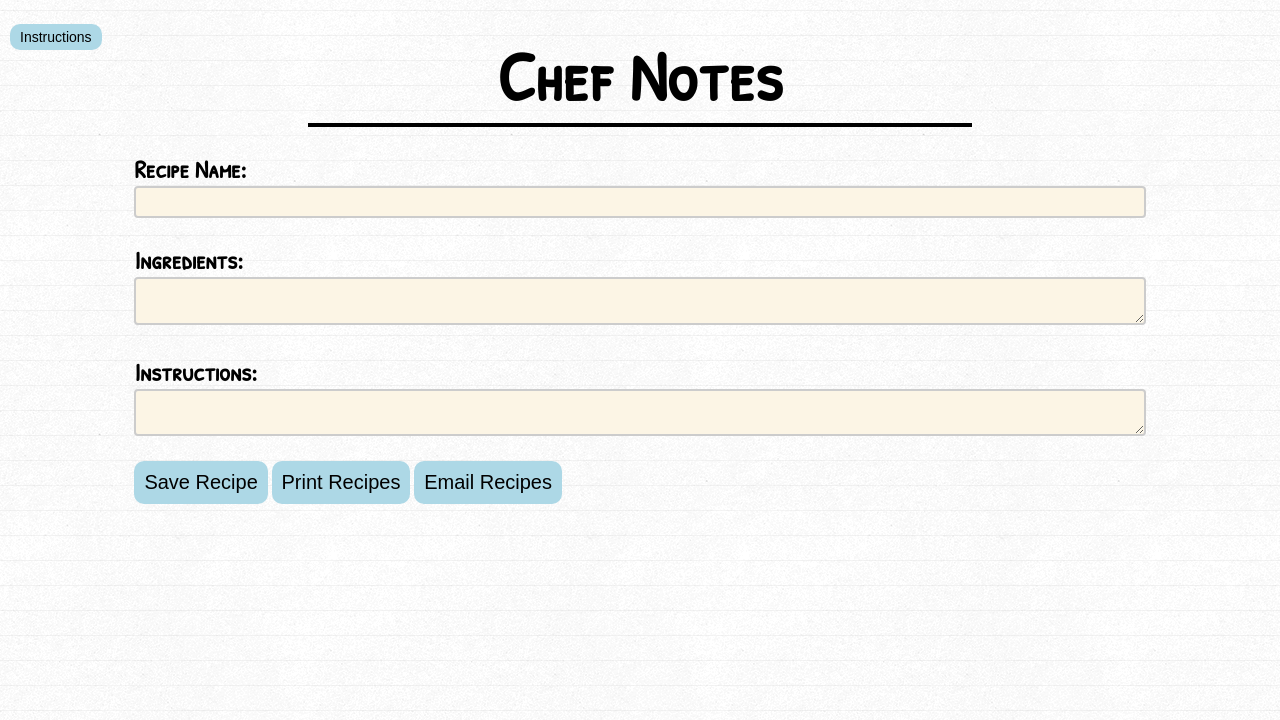
Repository: Chadloswald/RecipeSite
Page: docs/index.html
These files come from the project's save history. The page is drawn as it stood at one moment and after the next save; the edit follows.
The browser window is 1280 px wide. The pictures show the whole page.

Above is the page before, as saved 2023-05-29 18:44:33.

### docs/index.html
<!DOCTYPE html>
<html lang="en">
  <head>
    <meta charset="UTF-8">
    <meta name="viewport" content="width=device-width, initial-scale=1.0">
    <title>ChefNotes</title>
    <style type="text/css">
    </style>
    <link rel="stylesheet" href="style.css">
  </head>
  <body>
    <button id="help" class="help">Instructions</button>
    <h1>Chef Notes</h1>
    <form>
      <label for="name">Recipe Name:</label>
      <input type="text" id="name" name="name">
      <br>
      <label for="ingredients">Ingredients:</label>
      <textarea id="ingredients" name="ingredients"></textarea>
      <br>
      <label for="instructions">Instructions:</label>
      <textarea id="instructions" name="instructions"></textarea>
      <br>
      <div id="button-container">
        <button id="saveButton" type="button">Save Recipe</button>
        <button id="printButton">Print Recipes</button>
        <button id="emailButton">Email Recipes</button>
      </div>
    </form>
    <div id="recipe-list">
      <div class="recipe-line"></div>
    <div id="list"></div>
    </div>
    <script src="scripts.js"></script>
  </body>
</html>

### docs/style.css
@font-face {
  font-family: 'Patrick Hand';
  src: url('PatrickHandSC-Regular.ttf') format('truetype');
}

body {
  font-family: 'Patrick Hand', cursive;
  margin-top: 30px 0px 0px 0px;
  padding: 0;
  background-image: url("lined-paper-2.png");
}

h1 {
  text-align: center;
  padding: 20px 0 0 0;
  border-bottom: 4px solid black;
  margin: 0 300px;
  font-size: 70px;
}

#help {
  position: fixed;
  top: 10px;
  left: 10px;
}

.help {
  font-size: 14px;
  padding: 5px 10px;
}

form {
  width: 80%;
  margin: 0 auto;
}

label {
  display: block;
  font-weight: bold;
  margin-top: 1em;
  font-size: 25px;
}

input[type="text"], textarea {
  background-color: #FCF5E5;
  width: 100%;
  box-sizing: border-box;
  padding: 0.5em;
  border: 2px solid #ccc;
  border-radius: 4px;
}

button {
  margin: 1em auto;
  padding: 0.5em;
  border-radius: 10px;
  font-size: 20px;
  border: none;
  cursor: pointer;
  background-color: #ADD8E6;
  color: black;
}

button:hover {
  background-color: gray;
  color: #FCF5E5;
}

.button-container {
  display: flex;
  flex-direction: row;
  align-items: center;
  justify-content: center;
}

.button-container button {
  margin: 0 10px;
}

#recipe-list {
  width: 80%;
  margin: 1em auto;
  font-size: 25px;
}

h2 {
  font-size: 25px;
}

p {
  font-size: 20px;
}

.recipe-line {
  height: 1px;
	background-color: black;
	position: relative;
	margin-top: 30px;
	margin-bottom: 30px;
	left: 0;
	width: 50%;
  display: none;
}

.recipe:not(:last-child) .recipe-line {
  display: block;
  margin-left: 25%;
}

/* Printing style */
@media print {
  /* Remove form elements */
  form {
    display: none;
  }

  /* Position Chef and Notes next to each other */
  h1 {
    display: flex;
    align-items: center;
    justify-content: center;
    font-size: 40px;
    margin: 0;
    padding-top: 20px;
    border-bottom: 4px solid black;
    page-break-after: avoid; /* prevent the header from breaking across pages */
  }

  h1 span:first-child {
    margin-right: 20px; /* add space between Chef and Notes */
  }

  /* Adjust margins and padding */
  body {
    margin: 20mm 25mm 20mm 25mm; /* top right bottom left */
    padding: 0;
  }

  h2 {
    font-size: 30px;
  }

  p {
    font-size: 20px;
  }

  /* Add page breaks between recipes */
  .recipe:not(:last-child) {
    page-break-after: always;
  }
  #recipe-list {
    margin-left: 0;
  }
}

/* CSS for screens up to 820px */
@media screen and (max-width: 820px) {
  body {
    margin-top: 12px;
  }

  h1 {
    font-size: 38px;
    margin: 0 40px;
  }

  form {
    width: 85%;
  }

  button {
    font-size: 14px;
    padding: 0.25em;
  }
}

/* CSS for screens up to 600px */
@media screen and (max-width: 600px) {
  body {
    margin-top: 10px;
  }

  h1 {
    font-size: 40px;
    margin: 0 50px;
  }

  form {
    width: 90%;
  }

  button {
    font-size: 15px;
    padding: 0.3em;
  }
}

/* CSS for screens up to 480px */
@media screen and (max-width: 480px) {
  body {
    margin-top: 15px;
  }

  h1 {
    font-size: 35px;
    margin: 0 30px;
  }

  form {
    width: 80%;
  }

  button {
    font-size: 12px;
    padding: 0.2em;
  }
}

/* CSS for screens up to 320px */
@media screen and (max-width: 320px) {
  body {
    margin-top: 20px;
  }

  h1 {
    font-size: 30px;
    margin: 0 20px;
  }

  form {
    width: 70%;
  }

  button {
    font-size: 10px;
    padding: 0.1em;
  }
}

### docs/scripts.js
const recipeList = document.getElementById('recipe-list');

document.addEventListener('DOMContentLoaded', function() {

  const save = document.getElementById('saveButton');

  const nameInput = document.getElementById('name');
  const ingredientsInput = document.getElementById('ingredients');
  const instructionsInput = document.getElementById('instructions');

  save.addEventListener('click', function() {
    const name = nameInput.value;
    const ingredients = ingredientsInput.value;
    const instructions = instructionsInput.value;

    const recipe = document.createElement('div');
    recipe.classList.add('recipe'); // Add the 'recipe' class

    const recipeName = document.createElement('h2');
    const recipeIngredients = document.createElement('p');
    const recipeInstructions = document.createElement('p');
    const recipeLine = document.createElement('div');

    recipeLine.classList.add('recipe-line');

    recipe.appendChild(recipeLine);

    recipeName.innerText = name;
    recipeIngredients.innerText = `Ingredients: ${ingredients}`;
    recipeInstructions.innerText = `Instructions: ${instructions}`;

    recipe.appendChild(recipeName);
    recipe.appendChild(recipeIngredients);
    recipe.appendChild(recipeInstructions);

    recipeList.appendChild(recipe);

    recipeLine.style.display = 'block';

    nameInput.value = '';
    ingredientsInput.value = '';
    instructionsInput.value = '';
  });

  const printButton = document.getElementById('printButton');

  printButton.addEventListener('click', function() {
    window.print();
    event.preventDefault();
  });

  const emailButton = document.getElementById('emailButton');

  emailButton.addEventListener('click', function() {
    // Get the saved recipe list
    const recipes = recipeList.getElementsByClassName('recipe');

    // Create the email body with the contents of the saved recipe list
    let emailBody = '';
    for (let i = 0; i < recipes.length; i++) {
      const recipe = recipes[i];
      const recipeName = recipe.querySelector('h2').innerText;
      const recipeIngredients = recipe.querySelector('p:nth-of-type(1)').innerText;
      const recipeInstructions = recipe.querySelector('p:nth-of-type(2)').innerText;

      emailBody += `${recipeName}\n\nIngredients: ${recipeIngredients}\n\nInstructions: ${recipeInstructions}\n\n`;
    }

    event.preventDefault();
    // Open the default email client with the populated email body
    const subject = 'My Saved Recipes';
    const mailtoLink = `mailto:?subject=${encodeURIComponent(subject)}&body=${encodeURIComponent(emailBody)}`;
    window.location.href = mailtoLink;

  });

  help.addEventListener('click', function() {
    window.alert("\nWelcome to Chef Notes! \nChef Notes is designed for you to quickly jot down those recipe ideas that you have on the go! Just fill in the Recipe Name, the Ingredients, and the Directions into the corresponding fields then click the Save Recipe button. \nOnce you've got a recipe or two saved up, click the Print Recipe button to open your devices print services, select a printer, then print a hard copy of your recipes \nClick the Email Recipes button to open up your device's default email client so you can send your recipes wherever they need to go!");
  });
});

After the next save:
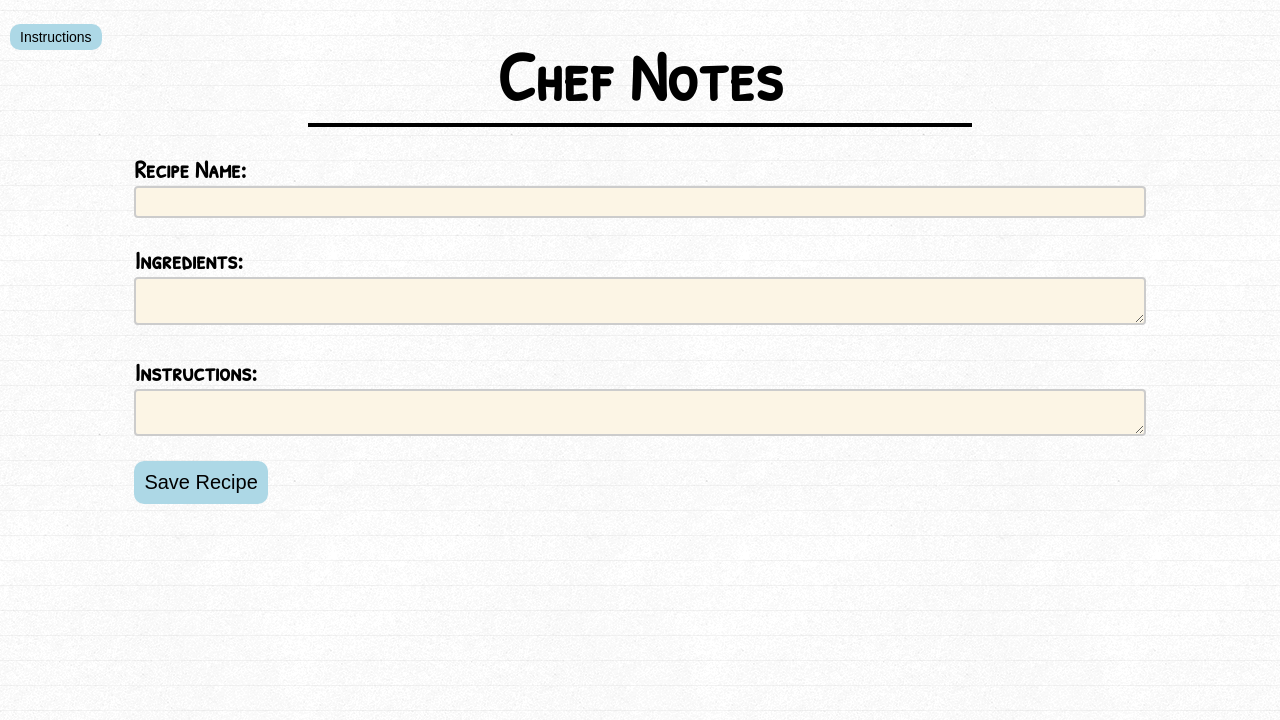
Saved 6 min 30 s later.
--- a/docs/style.css
+++ b/docs/style.css
@@ -77,6 +77,14 @@ button:hover {
   margin: 0 10px;
 }
 
+#printButton {
+  display: none;
+}
+
+#emailButton {
+  display: none;
+}
+
 #recipe-list {
   width: 80%;
   margin: 1em auto;
